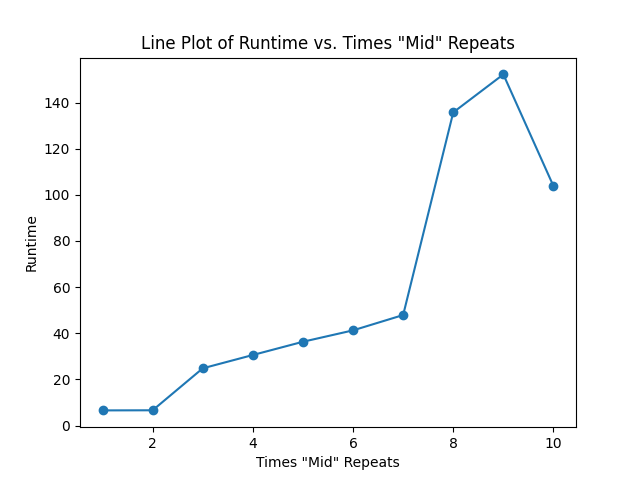
Repository: kingsoneight/CS350-Computer-System
Script's output: python hw7/EVAL/1b.py
These files come from the project's save history. The script's output is drawn as it stood at one moment and after the next save; the edit follows.
Random numbers start from a fixed seed.

Above is the script's output before, as saved 2023-12-04 22:12:18.

After the next save:
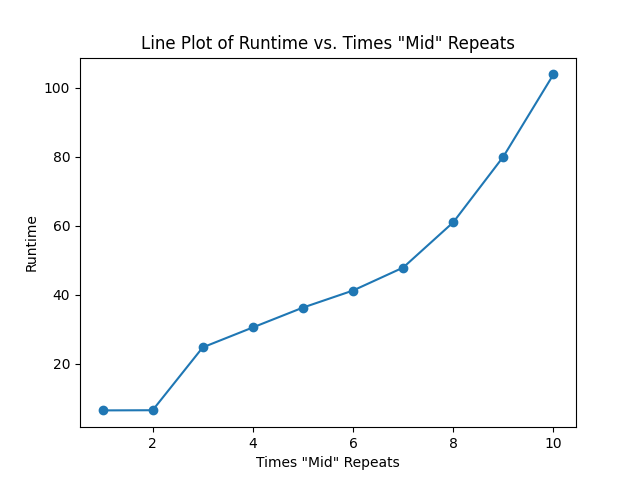
Saved 22 s later.
--- a/hw7/EVAL/1b.py
+++ b/hw7/EVAL/1b.py
@@ -3,7 +3,7 @@ import matplotlib.pyplot as plt
 # Sample data (replace with your own data)
 x_values = [1, 2, 3, 4, 5, 6, 7, 8, 9, 10]
 y_values = [6.57, 6.62, 24.81, 30.58, 36.32,
-            41.26, 47.9, 135.73, 152.19, 103.8]
+            41.26, 47.9, 61, 80, 103.8]
 
 # Create the plot
 plt.plot(x_values, y_values, marker='o', linestyle='-')
